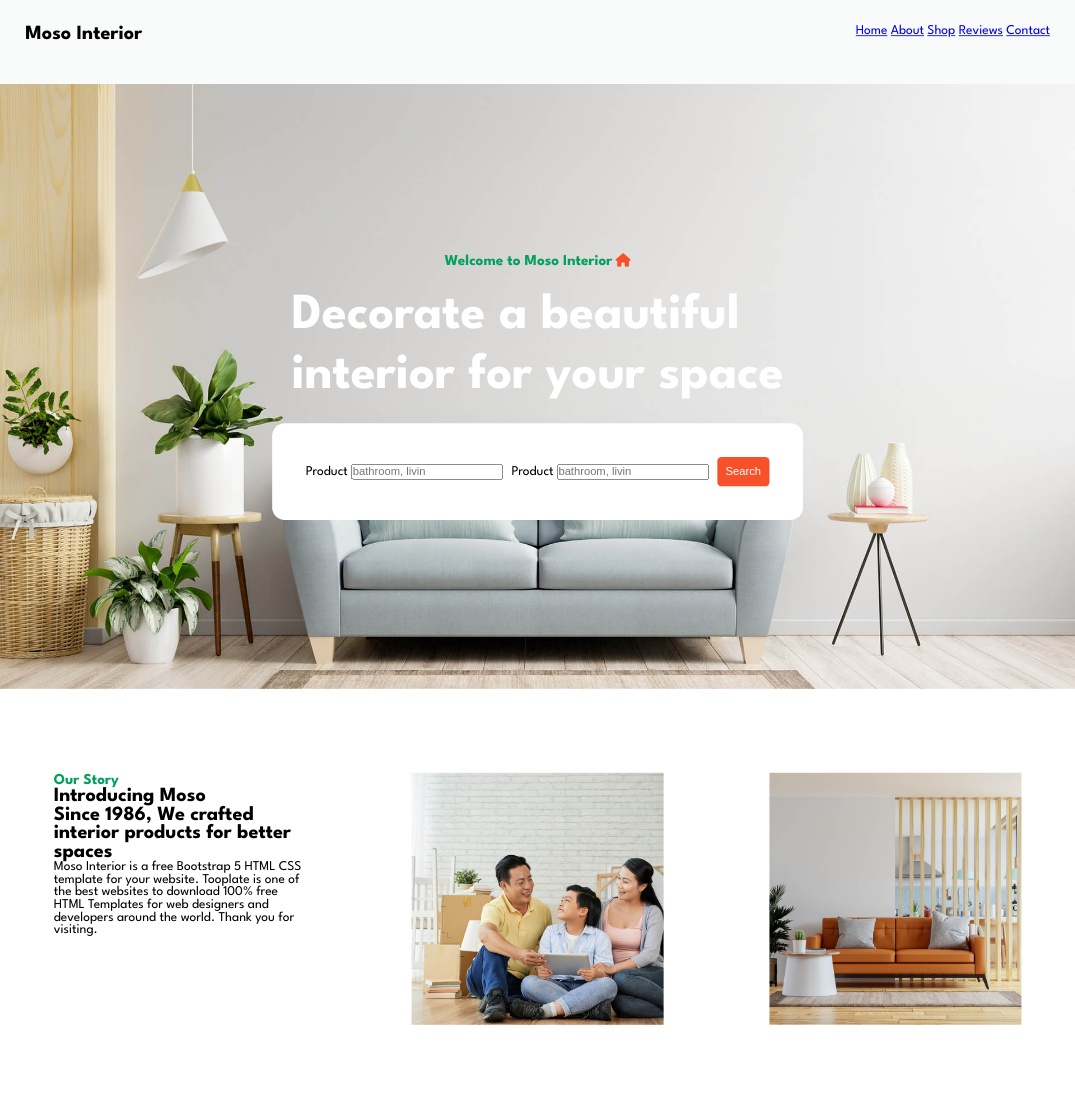
Repository: mariamnabil23/furniture
Page: index.html
These files come from the project's save history. The page is drawn as it stood at one moment and after the next save; the edit follows.
The browser window is 1280 px wide. The pictures show the whole page, at 84% of full size.
Some web fonts or font styles are not loaded; a fallback is used.

Above is the page before, as saved 2024-10-30 16:09:32.

After the next save:
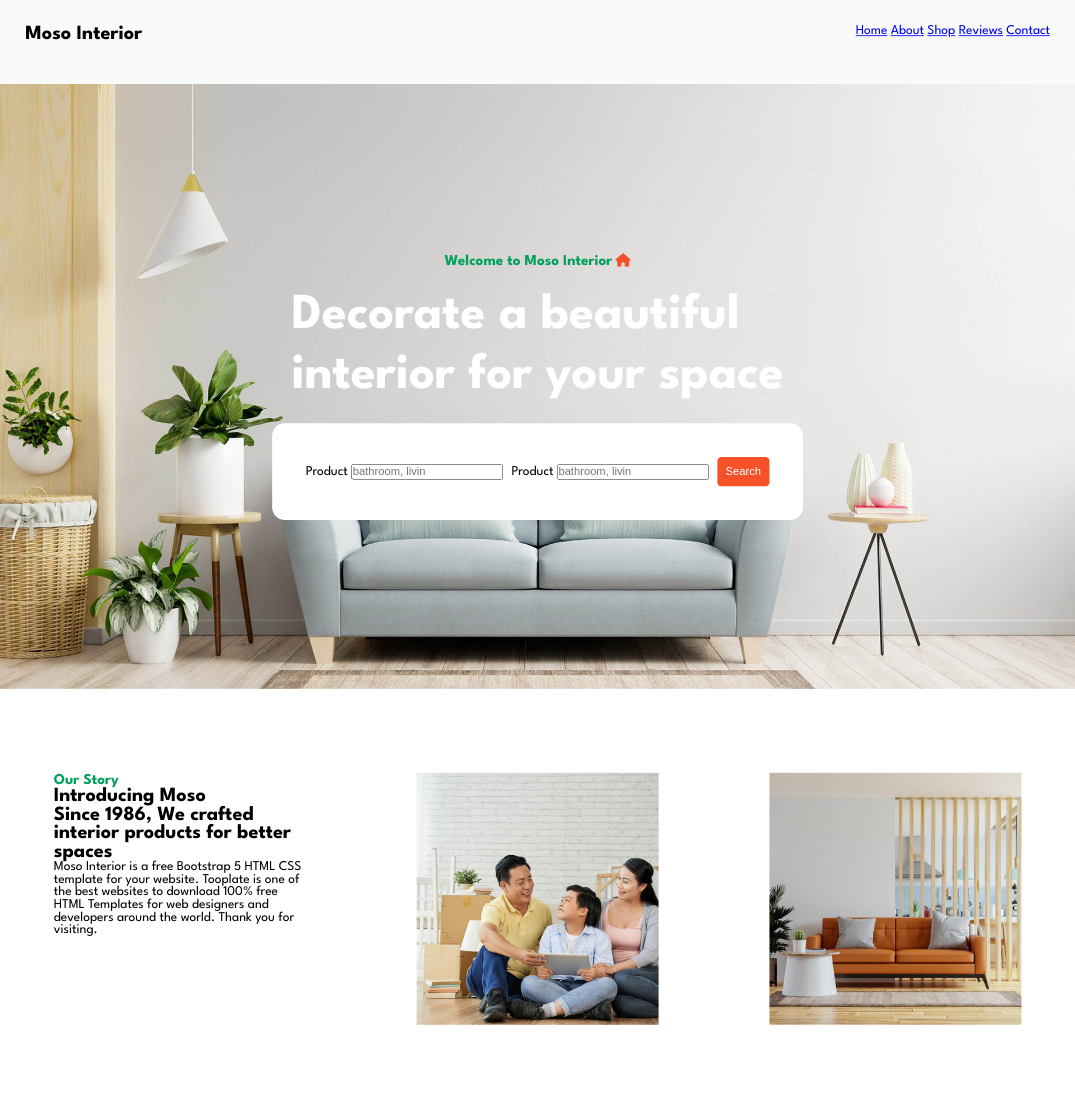
Saved 2 min 39 s later.
--- a/style.css
+++ b/style.css
@@ -109,7 +109,7 @@ ul{
     font-size: 18px;
 }
 .about .middle{
-    width: 300px;
+    width: 25%;
     height: 300px;
 }
 .about .middle img{
